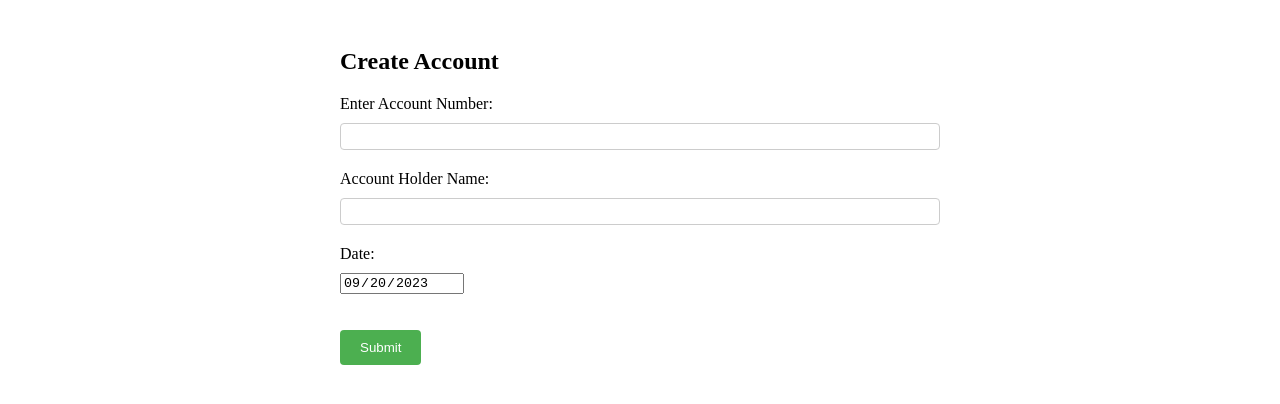
Repository: HT13M19/kuldeep
Page: GGGG/Demo2/src/main/webapp/CreateAccount.html
These files come from the project's save history. The page is drawn as it stood at one moment and after the next save; the edit follows.
The browser window is 1280 px wide. The pictures show the whole page.

Above is the page before, as saved 2023-09-22 16:26:00.

### GGGG/Demo2/src/main/webapp/CreateAccount.html
<!DOCTYPE html>
<html>
<head>
	<title>Create New Account</title>
	<style>
		label {
			display: block;
			margin-bottom: 10px;
		}

		input[type=text], input[type=number] {
			padding: 5px;
			margin-bottom: 20px;
			border: 1px solid #ccc;
			border-radius: 4px;
			box-sizing: border-box;
			width: 100%;
		}

		input[type=submit] {
			background-color: #4CAF50;
			color: white;
			padding: 10px 20px;
			border: none;
			border-radius: 4px;
			cursor: pointer;
		}

		input[type=submit]:hover {
			background-color: #45a049;
		}

		.container {
			margin: auto;
			max-width: 600px;
			padding: 20px;
		}
	</style>
</head>
<body>
	<div class="container">
		<h2>Create Account</h2>
		<form action="create" method="POST">

			<label for="account_number">Enter Account Number:</label>
			<input type="number" id="account_number" name="account_number" maxlength="20" required>

			<label for="amount">Account Holder Name:</label>
			<input type="number" id="amount" name="amount" required>

			<label for="date">Date:</label>
			<input type="date" id="date" name="date" required> <br><br><br>

			<input type="submit" value="Submit">
		</form>
	</div>
</body>
<script>
  var today = new Date().toISOString().slice(0, 10);
  document.getElementById("date").setAttribute("value", today);
  document.getElementById("date").setAttribute("readonly", true);
</script>
</html>

After the next save:
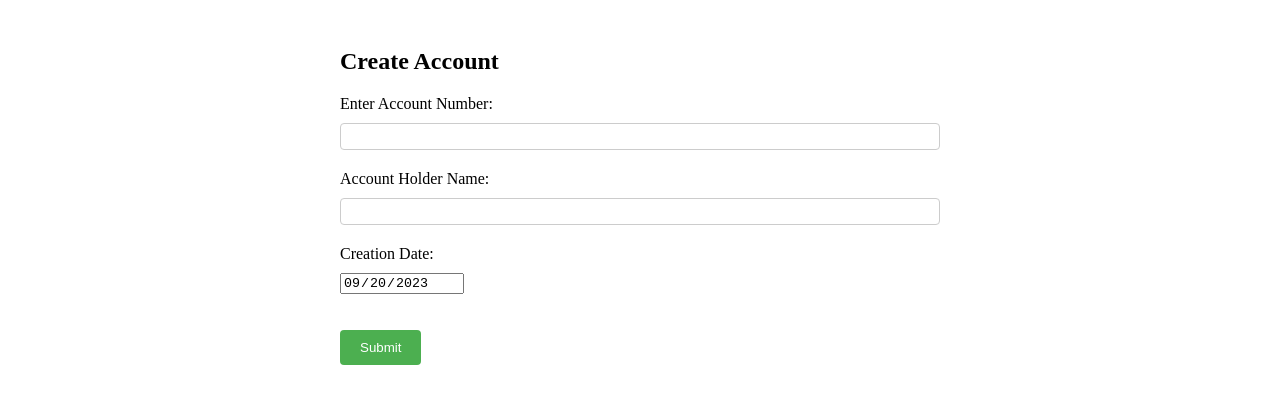
Saved 20 s later.
--- a/GGGG/Demo2/src/main/webapp/CreateAccount.html
+++ b/GGGG/Demo2/src/main/webapp/CreateAccount.html
@@ -48,7 +48,7 @@
 			<label for="amount">Account Holder Name:</label>
 			<input type="number" id="amount" name="amount" required>
 
-			<label for="date">Date:</label>
+			<label for="date">Creation Date:</label>
 			<input type="date" id="date" name="date" required> <br><br><br>
 
 			<input type="submit" value="Submit">
